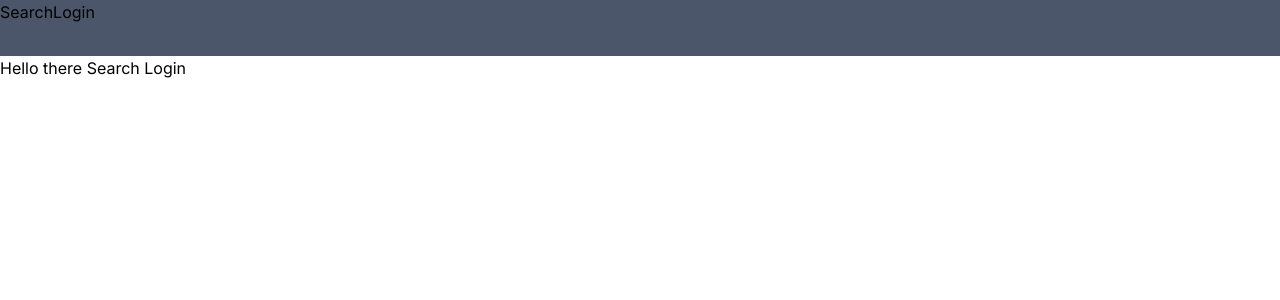
Repository: Qu4ntumGuy/project-bug
Page: /
An editor plug-in stored every save of this project. The page is shown before and after the next save, followed by the edit.
The browser window is 1280 px wide. The pictures show the whole page.
The project was rebuilt for these pictures with package versions that can differ from the ones it lists, and the page was loaded fresh each time. The framework's server and built-in components were replaced by stand-ins that run in the browser. Also part of the build but not shown: next.config.mjs.

Above is the page before, as saved 2024-02-11 22:13:48.

### src/app/layout.js
import { Inter } from "next/font/google";
import "./globals.css";

const inter = Inter({ subsets: ["latin"] });

export default function RootLayout({ children }) {
  return (
    <html lang="en">
      <head>
        <title>Project-bug</title>
        <meta name="description" content="Description goes here." />
        <link rel="preconnect" href="https://fonts.googleapis.com" />
        <link rel="preconnect" href="https://fonts.gstatic.com" crossorigin />
        <link
          href="https://fonts.googleapis.com/css2?family=Fira+Code:wght@300;400;500;600&display=swap"
          rel="stylesheet"
        />
      </head>
      <body className={inter.className}>{children}</body>
    </html>
  );
}

### src/app/page.js
import Navbar from "@/components/Navbar";
import Image from "next/image";

export default function Home() {
  return (
    <div>
      <Navbar />
      Hello there Search Login
    </div>
  );
}

### src/app/globals.css
@tailwind base;
@tailwind components;
@tailwind utilities;

/* :root {
  --foreground-rgb: 0, 0, 0;
  --background-start-rgb: 214, 219, 220;
  --background-end-rgb: 255, 255, 255;
} */

/* @media (prefers-color-scheme: dark) {
  :root {
    --foreground-rgb: 255, 255, 255;
    --background-start-rgb: 0, 0, 0;
    --background-end-rgb: 0, 0, 0;
  }
} */

body {
  color: rgb(var(--foreground-rgb));
  background: rgba(255, 255, 255, 1);
  font-family: 'Fira Code', monospace;
}

@font-face {
  font-family: "Fira Code";
  src: url("../../public/font/FiraCode-VariableFont_wght.ttf")
    format("truetype");
}


/* @layer utilities {
  .text-balance {
    text-wrap: balance;
  }
} */

### src/components/Navbar.js
import Image from "next/image";
import reactangle from "../../public/Rectangle 5.svg";

export default function Navbar() {
  return (
    <nav className="h-14 w-full bg-[#4C566A] flex">
      <div className=" absolute flex -left-10">
        <Image
          src={reactangle}
          alt="reactangle"
          height={14}
          className=" rounded-md"
        />
      </div>
      <ul className="flex">
        <li>
          <a href="/search">Search</a>
        </li>
        <li>
          <a href="/login">Login</a>
        </li>
      </ul>
    </nav>
  );
}

Loaded but not shown: tailwind.config.js (common file)

After the next save:
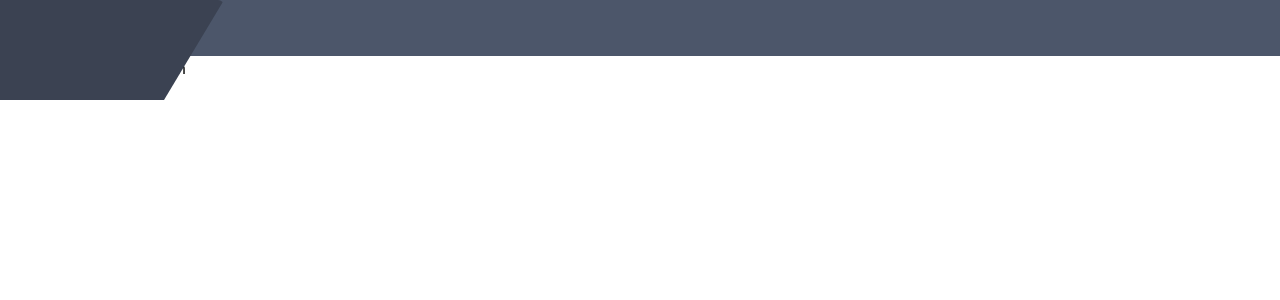
Saved 8 s later.
--- a/src/components/Navbar.js
+++ b/src/components/Navbar.js
@@ -8,7 +8,7 @@ export default function Navbar() {
         <Image
           src={reactangle}
           alt="reactangle"
-          height={14}
+          height={100}
           className=" rounded-md"
         />
       </div>
